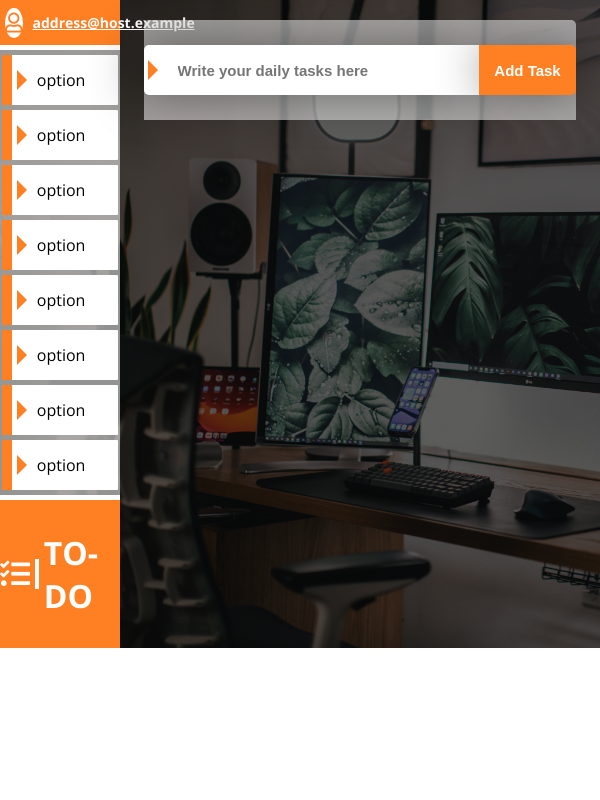
Repository: OmarEssameldinMousa/To-do-list-level01
Page: index.html
An editor plug-in stored every save of this project. The page is shown before and after the next save, followed by the edit.
The browser window is 600 px wide. The pictures show the whole page.

Above is the page before, as saved 2023-08-08 11:26:56.

After the next save:
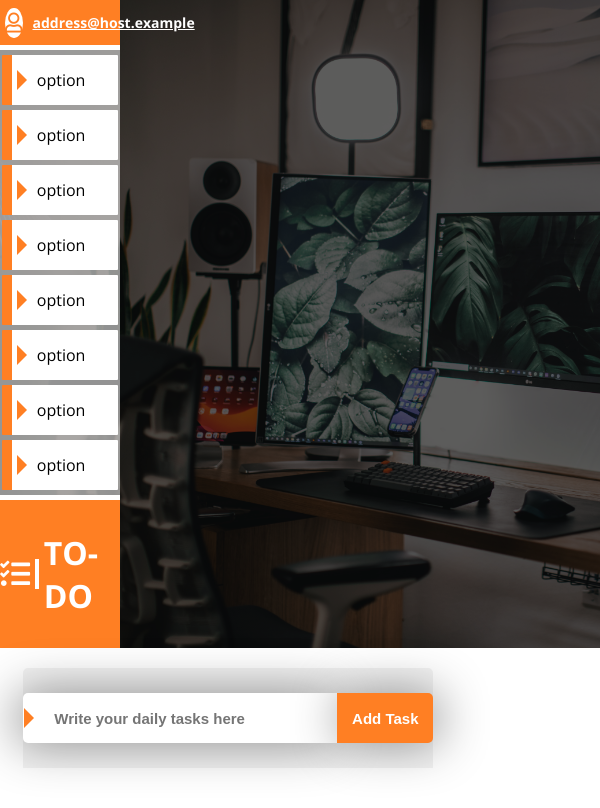
Saved 24 s later.
--- a/main.css
+++ b/main.css
@@ -9,6 +9,9 @@
         background-image: none;
     }
 
+    .dashboard {
+        flex-direction: column;
+    }
 }
 
 
